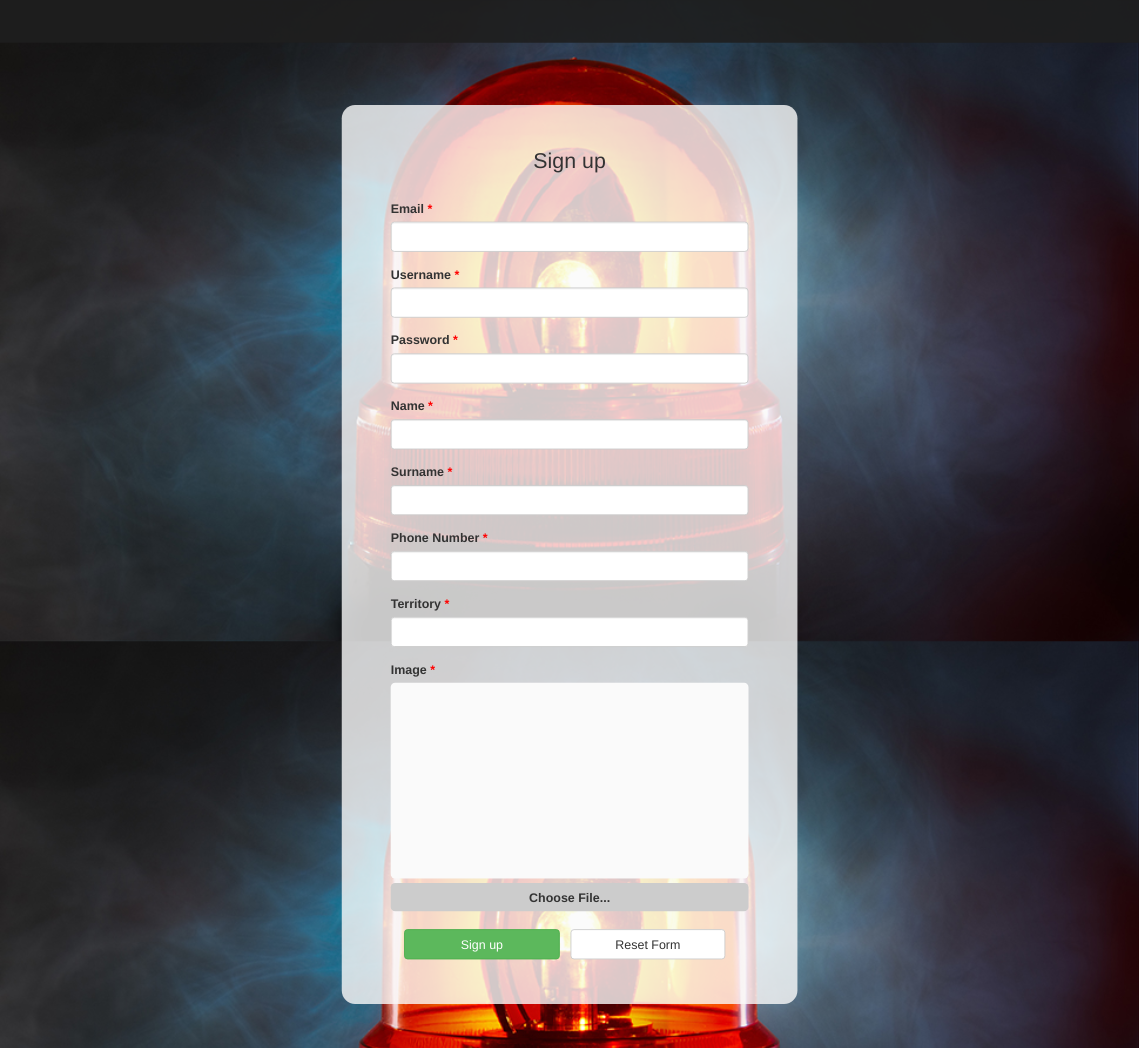
Repository: majamiljic/WebProgramming
Page: emergencySituations/WebContent/signup.html
The author's editor kept a copy of each file at every save. The page is drawn from the files as they stood at one save, then again after the next save.
The browser window is 1280 px wide. The pictures show the whole page, at 89% of full size.
Backgrounds fixed to the window are drawn as part of the page.

Above is the page before, as saved 2018-01-26 15:28:21.

### emergencySituations/WebContent/signup.html
<!DOCTYPE html>
<html>
    <head>
        <title>Emergency Situations</title>
        <link href="css/layout.css" rel="stylesheet">
        <link href="css/bootstrap.min.css" rel="stylesheet">
    </head>
    <body style="background-color: black">
        <ul>
            <li style="float: right; margin-right: 20px; visibility: hidden;">
				<a>Maja</a>
			</li>
            <li style="float: right; visibility: hidden;">
				<a>Miljic</a>
			</li>
        </ul>

        <div class="signUpDiv">
			<h3 style="text-align: center">Sign up</h3>
			<br>
			<form>
				<div class="form-group row">
					<label> <b>Email <span style="color: red">*</span></b> </label>
					<input class="form-control" type="email" required>
				</div>
				<div class="form-group row">
					<label> <b>Username <span style="color: red">*</span></b> </label>
					<input class="form-control" type="text" required>
				</div>
				<div class="form-group row">
					<label> <b>Password <span style="color: red">*</span></b> </label>
					<input class="form-control" type="password" required>
				</div>
				<div class="form-group row">
					<label> <b>Name <span style="color: red">*</span></b> </label>
					<input class="form-control" type="text" required>
				</div>
				<div class="form-group row">
					<label> <b>Surname <span style="color: red">*</span></b> </label>
					<input class="form-control" type="text" required>
				</div>
				<div class="form-group row">
					<label> <b>Phone Number <span style="color: red">*</span></b> </label>
					<input class="form-control" type="text" required>
				</div>
				<div class="form-group row">
					<label> <b>Territory <span style="color: red">*</span></b> </label>
					<input class="form-control" type="text" required>
				</div>
				<div class="form-group row">
					<label> <b>Image <span style="color: red">*</span></b> </label>
					<div class="signUpImg">
						<img id="image">
					</div>
					<label for="imgUpload" class="chooseFileButton"> Choose File...</label>
					<input id="imgUpload" type="file" onchange="readURL(this);" style="display: none">
				</div>

				<input type="submit" class="btn btn-success" style="width: 47%" value="Sign up"> &nbsp;
				<input type="reset" class="btn btn-default" style="width: 47%" value="Reset Form">
			</form>
        </div>

    </body>
</html>

### emergencySituations/WebContent/css/layout.css
body {
	background-image: url(../img/3.jpg);
	background-repeat: no-repeat;
    background-size: cover;
    background-attachment: fixed;
}

/*****  MENU  *****/
ul {
    list-style-type: none;
    margin: 0;
    padding-left: 39%;
    overflow: hidden;
    background-color: rgba(31, 31, 31, 0.9);
}

li {
    float: left;
}

li a {
    display: block;
    color: white;
    text-align: center;
    padding: 14px 20px;
    text-decoration: none;
    font-style: italic;
    font-weight: bold;
}

li a:hover {
    color: black;
    text-decoration: none;
    background-color: rgba(240,240,240,0.9);
}

.active {
    background-color: rgb(160,160,160);
    color: black;
}

/*****  INDEX  *****/
.logoDiv {
	margin-left: 42%;
	margin-top: 25px;
}

.mainDiv {
    padding: 30px 70px 50px 70px;
    /* background-color: rgba(250,250,250,0.8); */
    border-radius: 25px;
	max-height: 800px;
	overflow-y: scroll;
	overflow-y:auto;
}

.imgDiv {
	max-height: 70%;
  	overflow: hidden;
	padding-top: 15px;
	padding-bottom: 10px;
}

.descDiv {
	padding-top: 10px;
	padding-bottom: 10px;
	max-height: 40%;
	overflow-y: scroll;
	overflow-y:auto;
}

.imgCont {
    background-color: rgba(250,250,250,0.9);
	height: 300px;
	border-radius: 15px;
	margin-top: 20px;
}

/*****  LOG IN  *****/
.loginDiv {
    margin: 70px 30% 50px 30%;
    padding: 30px 70px 50px 70px;
    background-color: rgba(250,250,250,0.8);
	border-radius: 15px;
}

/*****  SIGN UP  *****/
.signUpDiv {
    margin: 70px 30% 50px 30%;
    padding: 30px 70px 50px 70px;
    background-color: rgba(250,250,250,0.8);
	border-radius: 15px;
}

.signUpImg {
    background-color: rgb(250,250,250);
	height: 220px;
	border-radius: 5px;
	padding: 20px 70px 20px 70px;
}

.chooseFileButton {
	background-color: #ccc;
	border-radius: 5px;
    display: inline-block;
    padding: 6px 12px;
    cursor: pointer;
	width: 100%;
	text-align: center;
	margin-top: 5px;
}

/*****  EMERGENCY SITUATION  *****/
.situationWrapper {
	width: 80%;
	margin: 50px auto;
}

.situationDataDiv {
	float: left;
  	overflow: hidden;
	margin-right: 20px;
    padding: 10px 20px 30px 20px;
    background-color: rgba(250,250,250,0.8);
	border-radius: 15px;
}

.commentsDiv {
  	overflow: hidden;
    padding: 30px 70px 50px 70px;
    background-color: rgba(250,250,250,0.8);
	border-radius: 15px;
	max-width: 800px;
	max-height: 700px;
	overflow-y: scroll;
	overflow-y:auto;
}

.commentDiv {
	max-height: 110px;
	width: 100%;
	padding: 15px;
	overflow-y: scroll;
	overflow-y:auto;
}

.commentPictureDiv {
	float: left;
  	overflow: hidden;
    background-color: rgba(250,250,250,0.6);
	height: 60px;
	width: 85px;
	border-radius: 5px;
}

.tip {
  width: 0px;
  height: 0px;
  position: absolute;
  background: transparent;
  border: 10px solid #ccc;
}

.tip-left {
  top: 10px;
  left: -25px;
  border-top-color: transparent;
  border-left-color: transparent;
  border-bottom-color: transparent;
}

.dialogbox .commentBody {
	position: relative;
	float: right;
	width: 80%;
	padding: 5px;
	background-color: #DADADA;
	border-radius: 3px;
	border: 5px solid #ccc;
}

.commentBody .message {
	min-height: 30px;
	border-radius: 3px;
	font-family: Arial;
	font-size: 14px;
	line-height: 1.5;
	color: #797979;
}

Loaded but not shown: emergencySituations/WebContent/css/bootstrap.min.css (library)

After the next save:
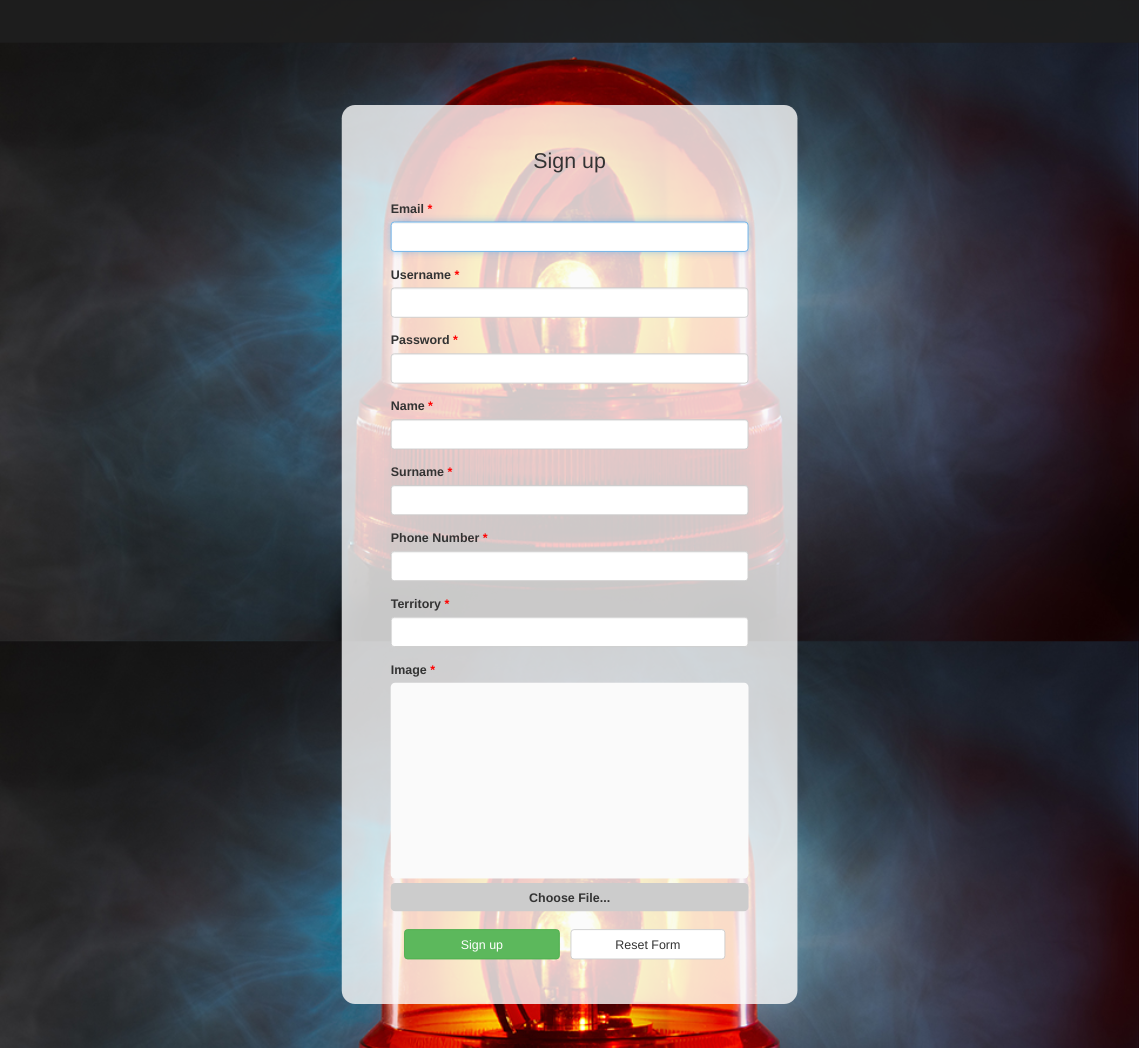
Saved 59 s later.
--- a/emergencySituations/WebContent/signup.html
+++ b/emergencySituations/WebContent/signup.html
@@ -21,7 +21,7 @@
 			<form>
 				<div class="form-group row">
 					<label> <b>Email <span style="color: red">*</span></b> </label>
-					<input class="form-control" type="email" required>
+					<input class="form-control" type="email" required autofocus>
 				</div>
 				<div class="form-group row">
 					<label> <b>Username <span style="color: red">*</span></b> </label>
